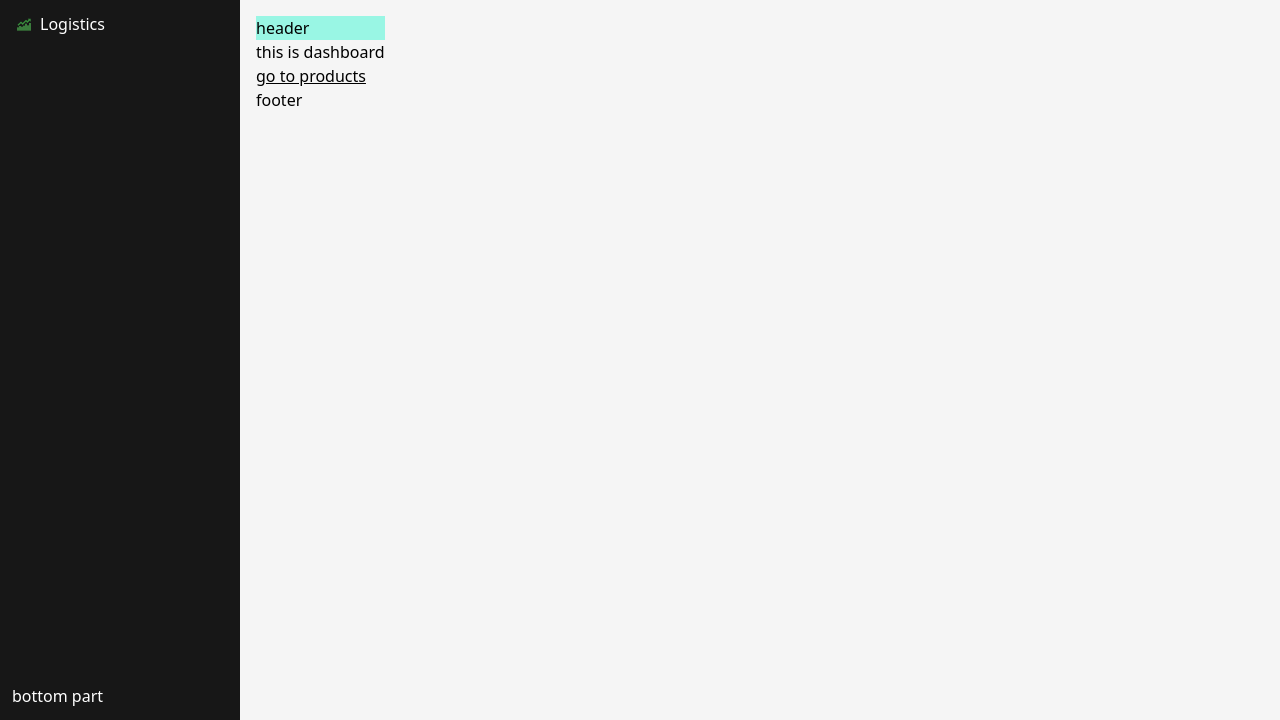
Repository: Mayar2222/Dashboard
Page: /
These files come from the project's save history. The page is drawn as it stood at one moment and after a run of saves; the edit follows.
The browser window is 1280 px wide. The pictures show the whole page.
The project was rebuilt for these pictures with package versions that can differ from the ones it lists, and the page was loaded fresh each time. Also part of the build but not shown: src/components/Products.jsx.

Above is the page before, as saved 2024-07-17 21:36:09.

### src/App.jsx
import { Route, BrowserRouter as Router, Routes } from "react-router-dom";
import Dashboard from "./components/Dashboard";
import Products from "./components/Products";
import Layout from "./components/shared/Layout";

function App() {
  return (
      <Router>
      <Routes>
        <Route path="/"  element={<Layout/>}>
          <Route index  element={<Dashboard/>}/>
          <Route path="products"  element={<Products/>}/>
          <Route path="login"  element={<div>this login page</div>}/>

        </Route>
      </Routes>
      </Router>
  );
}

export default App;

### src/components/Dashboard.jsx
import React from 'react'
import { Link } from 'react-router-dom'
function Dashboard() {
  return (
    <div>
      <p>this is dashboard</p>{''}<Link to="/products" className='underline'>go to products</Link>
    </div>
  )
}

export default Dashboard

### src/components/shared/Layout.jsx
import React from 'react'
import { Outlet } from 'react-router-dom'
import Sidebar from './Sidebar'
export default function Layout() {
  return (
    <div className='flex flex-row bg-neutral-100 h-screen w-screen overflow-hidden'>
<Sidebar/>
     <div className='p-4'>
      <div className='bg-teal-200'>header</div>
      <div>{<Outlet/>}</div>
      <p>footer</p>

      </div>


    </div>
  )
}

### src/components/shared/Sidebar.jsx
import React from 'react'
import { FcBullish } from 'react-icons/fc'

export default function Sidebar() {
  return (
    <div className='bg-neutral-900 w-60 p-3 flex flex-col text-white' >
        <div className='flex items-center gap-2 px-1'>
            <FcBullish/>
            <span>Logistics</span>

        </div>
    <div className='flex-1'></div>
    <div>bottom part</div>


    </div>
  )
}

Loaded but not shown: public/index.html (common file); src/index.js (common file); src/index.css (common file); tailwind.config.js (common file)

After the next 2 saves:
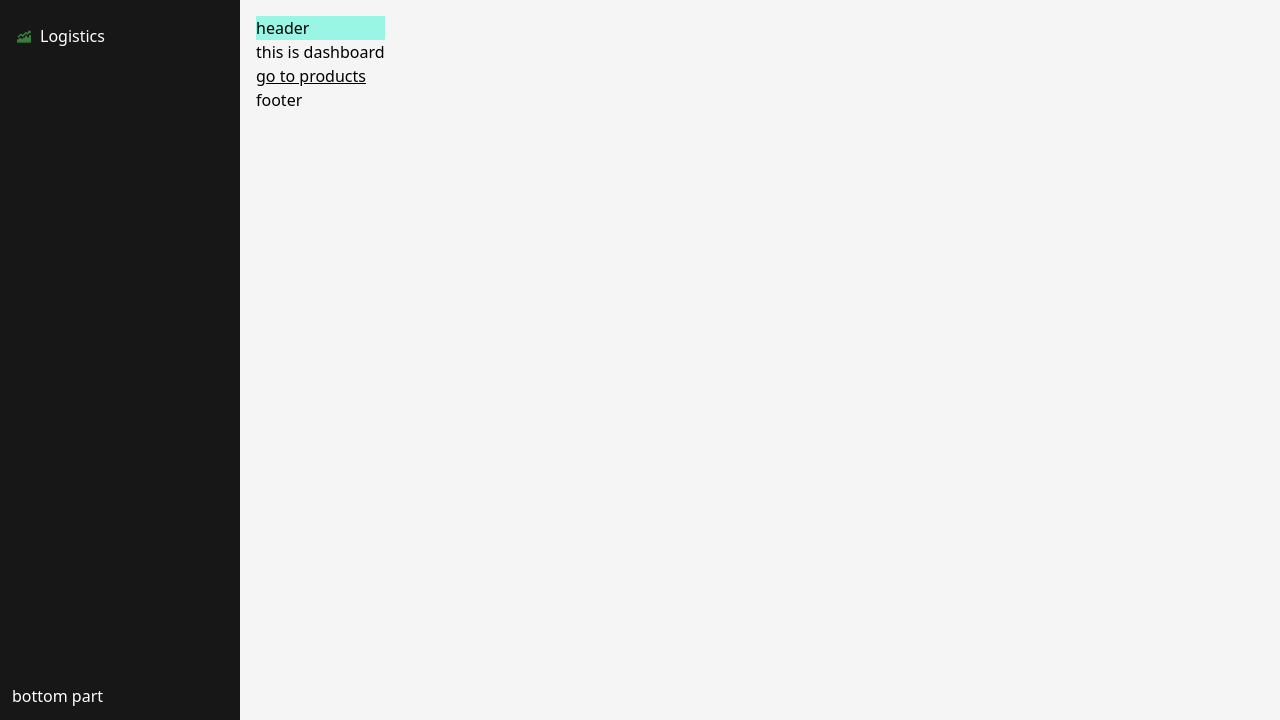
The 2 saves are shown as one change because they came seconds apart.
The last was saved 10 s later.
--- a/src/components/shared/Sidebar.jsx
+++ b/src/components/shared/Sidebar.jsx
@@ -4,7 +4,7 @@ import { FcBullish } from 'react-icons/fc'
 export default function Sidebar() {
   return (
     <div className='bg-neutral-900 w-60 p-3 flex flex-col text-white' >
-        <div className='flex items-center gap-2 px-1'>
+        <div className='flex items-center gap-2 px-1 py-3'>
             <FcBullish/>
             <span>Logistics</span>
 
